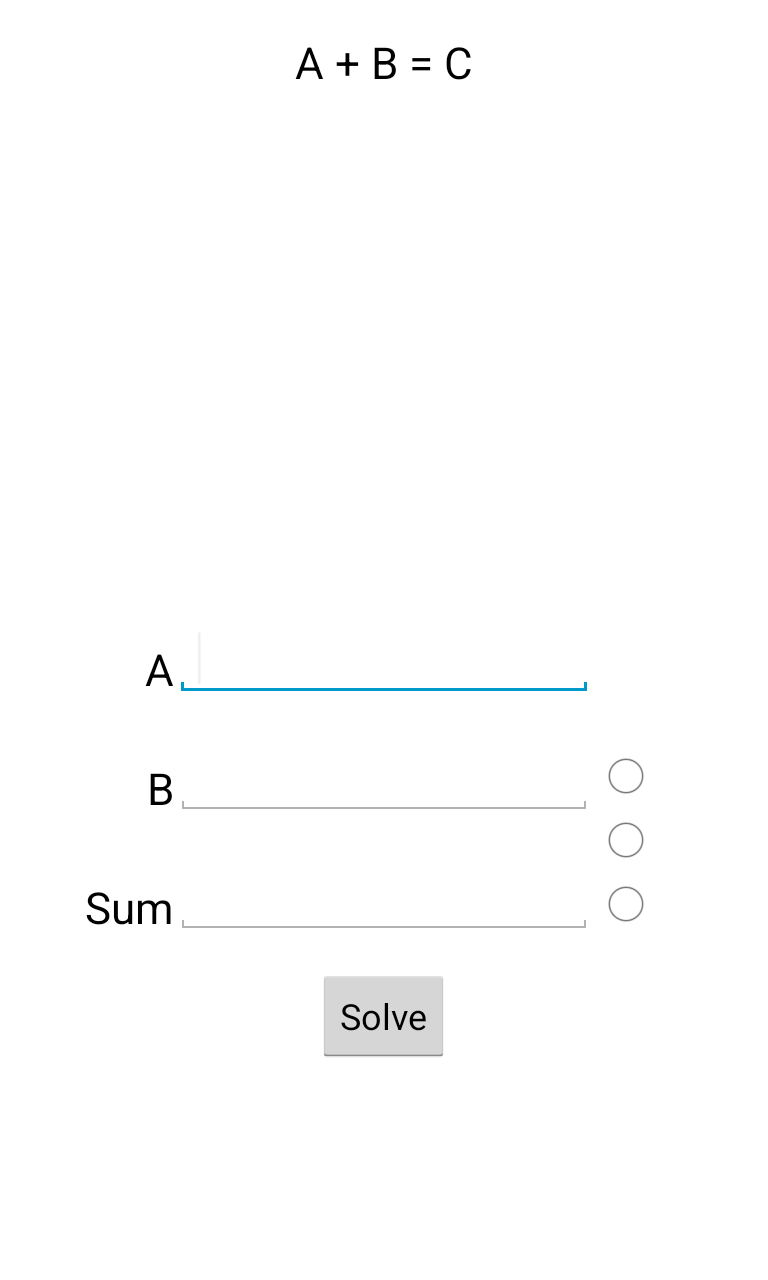
Repository: dtri123/Equation-Station
Layout: TheEquationStation/res/layout/addition_page.xml
These files come from the project's save history. The layout is drawn as it stood at one moment and after the next save; the edit follows.
It is drawn on a 768 x 1280 px phone screen (xhdpi) without system bars, with theme AppTheme; the app's code is not run.

Above is the layout before, as saved 2013-07-18 17:24:43.

After the next save:
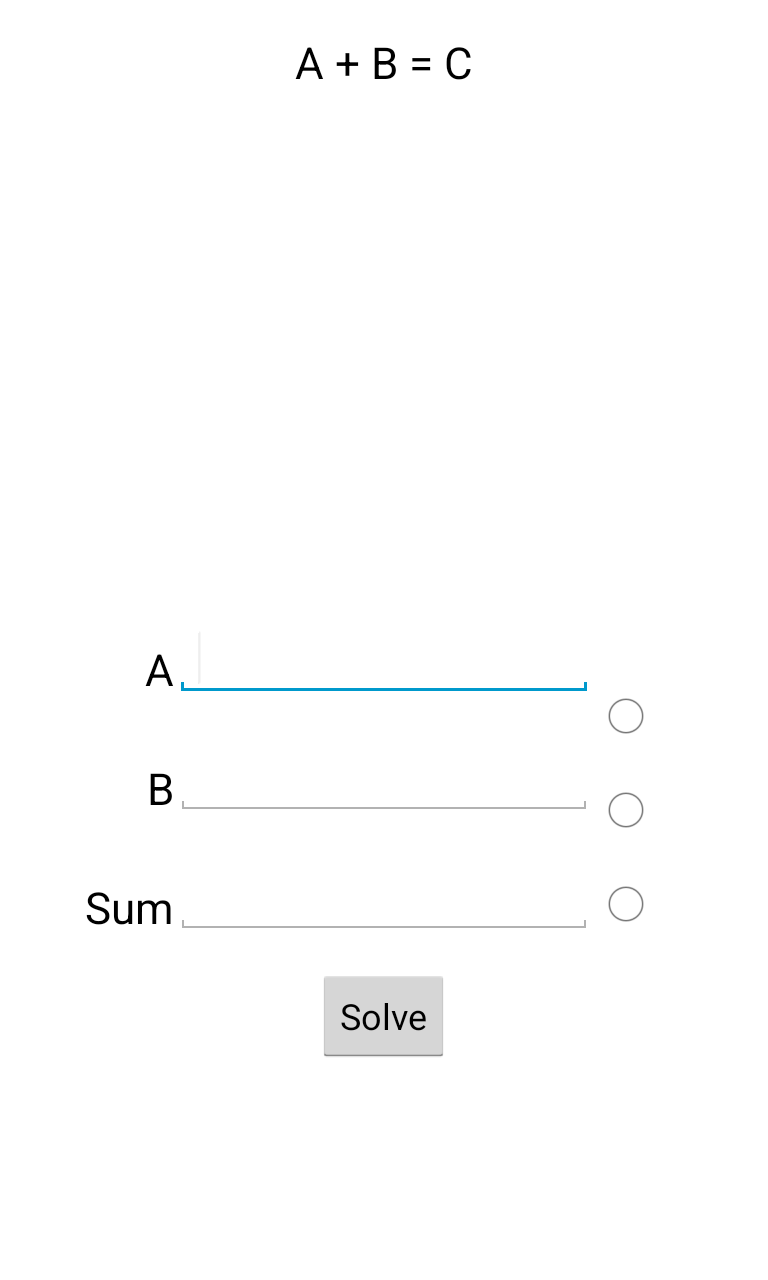
Saved 21 s later.
--- a/TheEquationStation/res/layout/addition_page.xml
+++ b/TheEquationStation/res/layout/addition_page.xml
@@ -44,12 +44,13 @@
 			android:id="@+id/radioButtonAddB"
 			android:layout_width="wrap_content"
 			android:layout_height="wrap_content"
-			android:layout_alignBottom="@+id/editText_AddA" />
+			android:layout_marginTop="15dp" />
 
 		<RadioButton
 			android:id="@+id/radioButtonSum"
 			android:layout_width="wrap_content"
-			android:layout_height="wrap_content"/>
+			android:layout_height="wrap_content"
+			android:layout_marginTop="15dp"/>
 	</RadioGroup>
 
     <EditText
